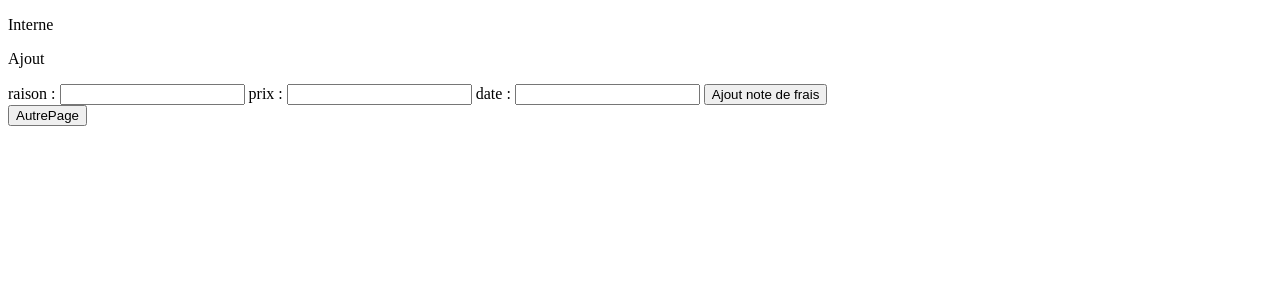
Repository: Shakibaei-2020/CRA_JEE_FINAL
Page: http://localhost/jee_crainfocom/ControleInterneGestionFrais
These files come from the project's save history. The page is drawn as it stood at one moment and after the next save; the edit follows.
The browser window is 1280 px wide. The pictures show the whole page.
The page is served by Tomcat 9.

Above is the page before, as saved 2021-04-02 14:54:11.

After the next save:
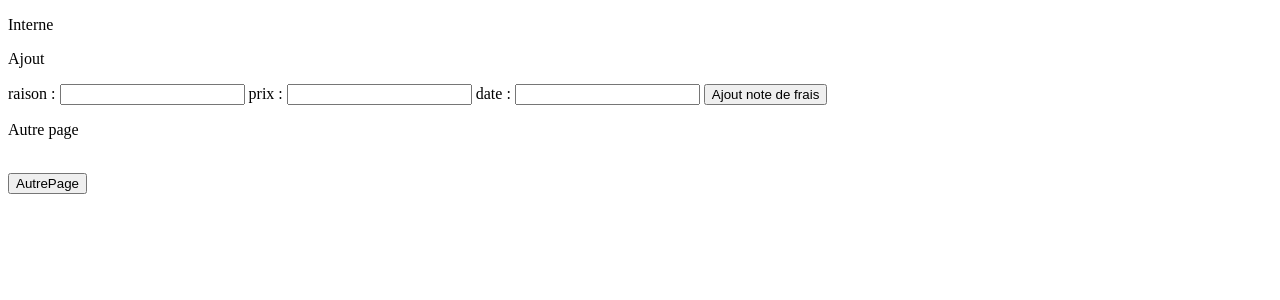
Saved 48 s later.
--- a/CRA_JEE_FINAL/jee_crainfocom/src/main/webapp/WEB-INF/AccueilInterne.jsp
+++ b/CRA_JEE_FINAL/jee_crainfocom/src/main/webapp/WEB-INF/AccueilInterne.jsp
@@ -23,6 +23,9 @@
             <input type="submit" value="Ajout note de frais" />
 </form>
 
+  <p>Autre page</p>
+
+<br>
 <form method="post" action="ControleAdminGestionCollab" >
 
             <input type="submit" value="AutrePage" />
